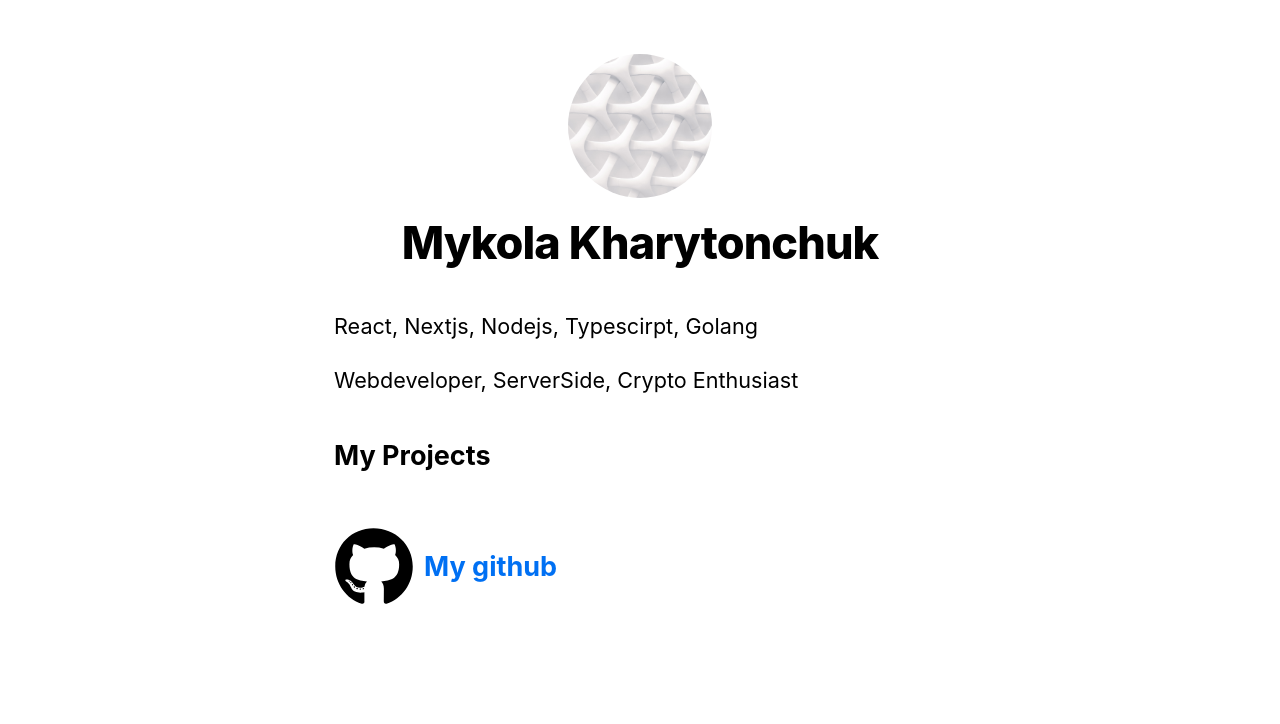
Repository: Mooninghnk/resume
Page: /
The author's editor kept a copy of each file at every save. The page is drawn from the files as they stood at one save, then again after a run of saves.
The browser window is 1280 px wide. The pictures show the whole page.
The project was rebuilt for these pictures with package versions that can differ from the ones it lists, and the page was loaded fresh each time. The framework's server and built-in components were replaced by stand-ins that run in the browser.

Above is the page before, as saved 2021-12-29 21:28:46.

After the next 2 saves:
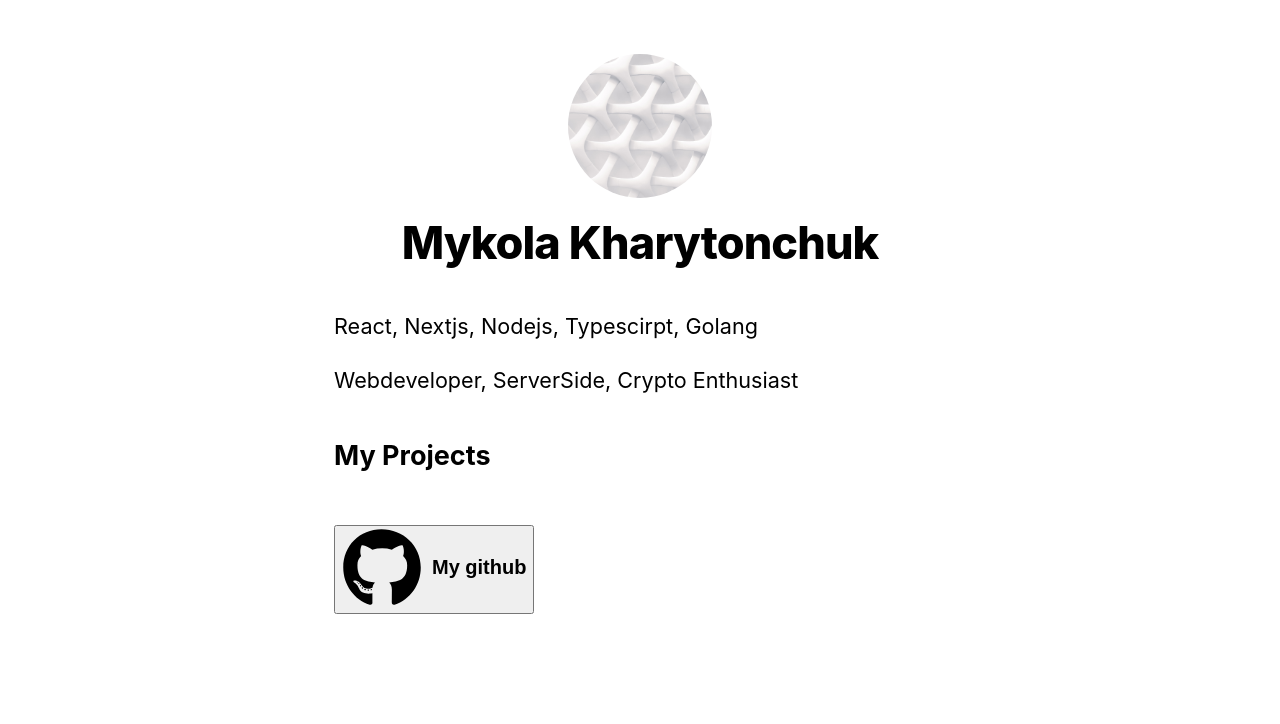
The 2 saves are shown as one change because they came seconds apart.
The last was saved 18 s later.
--- a/pages/index.tsx
+++ b/pages/index.tsx
@@ -6,12 +6,7 @@
 import Link from "next/link";
 import { useState } from "react";
 
-
-
-
 export default function Home({ allPostsData }) {
-
-
   return (
     <Layout home>
       <Head>
@@ -26,13 +21,21 @@
         <ul className={utilStyles.list}>
           <li className={utilStyles.listItem}>
             <br />
-            <small  className={utilStyles.lightText}>
+            <small className={utilStyles.lightText}>
               <Link href={"https://github.com/Mooninghnk"}>
-                <div className="link" style={{display: "inline-flex", alignItems: "center"}}>
-                 <FaGithub  color="black" size={80} style={{marginRight: "10px"}}/>
-                <h1>{" "} My github</h1>
-                 </div>
-
+                <button>
+                  <div
+                    className="link"
+                    style={{ display: "inline-flex", alignItems: "center" }}
+                  >
+                    <FaGithub
+                      color="black"
+                      size={80}
+                      style={{ marginRight: "10px" }}
+                    />
+                    <h1> My github</h1>
+                  </div>
+                </button>
               </Link>
             </small>
           </li>

After the 2 saves that followed:
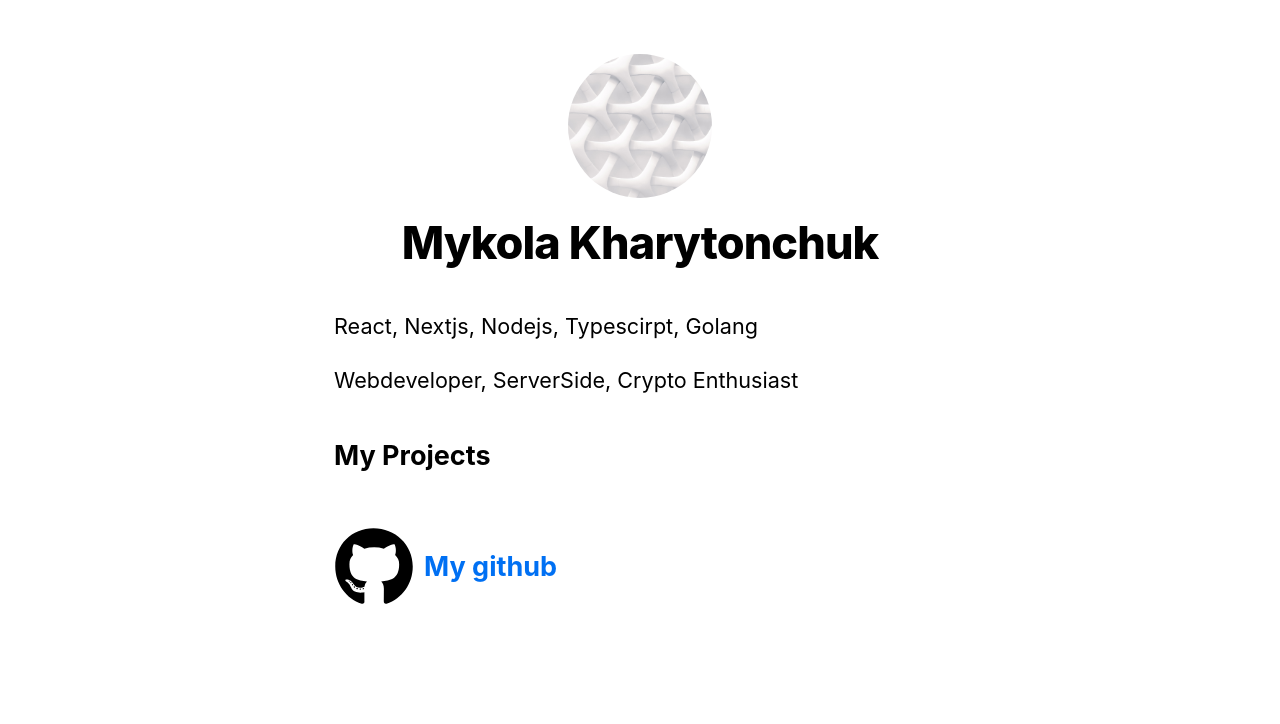
The 2 saves are shown as one change because 1 left the picture as it was.
The last was saved 38 s later.
--- a/pages/index.tsx
+++ b/pages/index.tsx
@@ -6,7 +6,12 @@
 import Link from "next/link";
 import { useState } from "react";
 
+
+
+
 export default function Home({ allPostsData }) {
+
+
   return (
     <Layout home>
       <Head>
@@ -21,21 +26,13 @@
         <ul className={utilStyles.list}>
           <li className={utilStyles.listItem}>
             <br />
-            <small className={utilStyles.lightText}>
+            <small  className={utilStyles.lightText}>
               <Link href={"https://github.com/Mooninghnk"}>
-                <button>
-                  <div
-                    className="link"
-                    style={{ display: "inline-flex", alignItems: "center" }}
-                  >
-                    <FaGithub
-                      color="black"
-                      size={80}
-                      style={{ marginRight: "10px" }}
-                    />
-                    <h1> My github</h1>
-                  </div>
-                </button>
+                <div onMouseOver={e => onH(e)} className="link" style={{display: "inline-flex", alignItems: "center"}}>
+                 <FaGithub  color="black" size={80} style={{marginRight: "10px"}}/>
+                <h1>{" "} My github</h1>
+                 </div>
+
               </Link>
             </small>
           </li>
